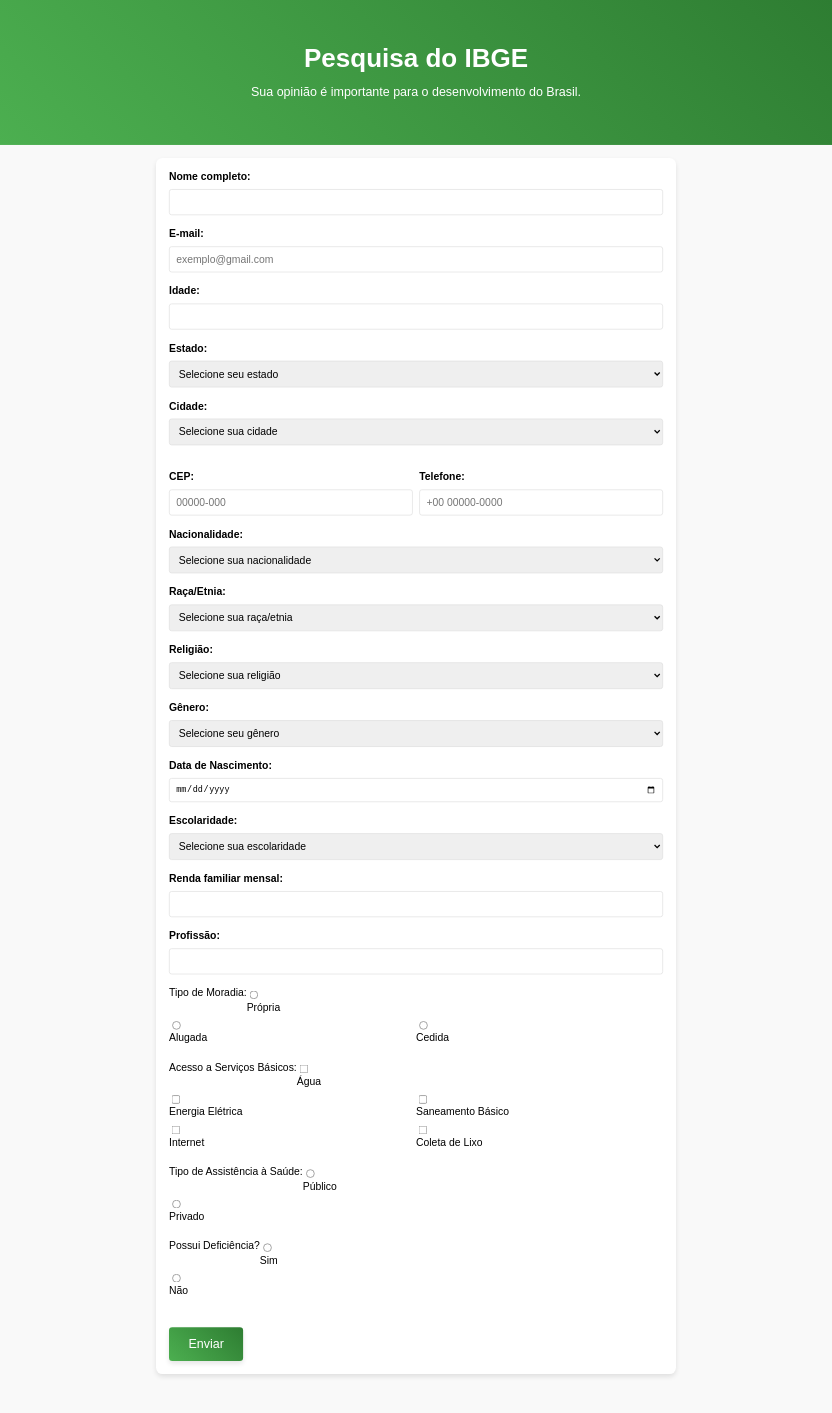
Repository: Gabrielb0rn/Projeto-Formul-rio.io
Page: index.html
The author's editor kept a copy of each file at every save. The page is drawn from the files as they stood at one save, then again after the next save.
The browser window is 1280 px wide. The pictures show the whole page, at 65% of full size.

Above is the page before, as saved 2024-07-01 08:51:44.

After the next save:
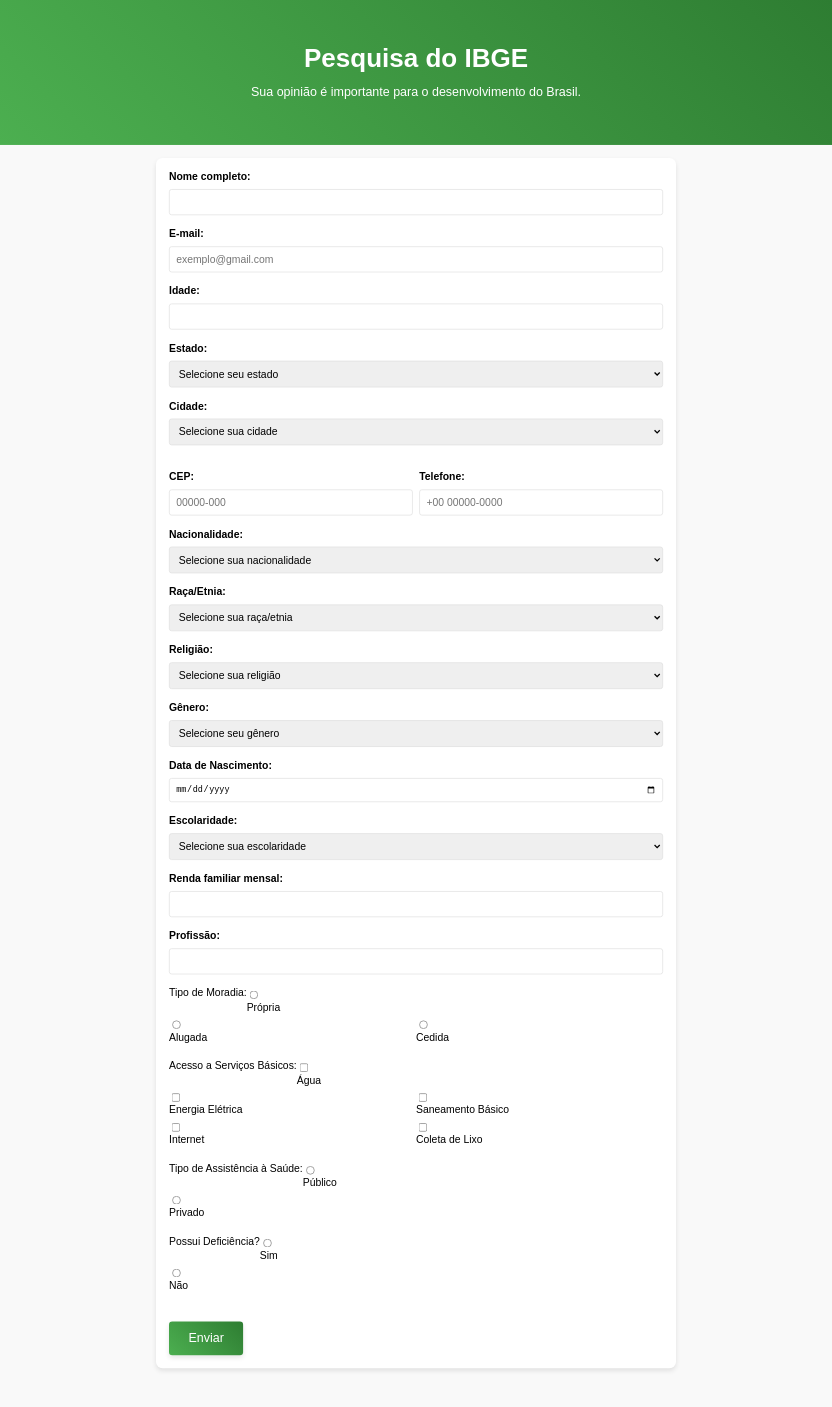
Saved 5 s later.
--- a/assets/style.css
+++ b/assets/style.css
@@ -133,7 +133,7 @@
 .form-group.checkbox-group > div, .form-group.radio-group > div {
     flex: 2;
     min-width: 45%;
-    margin-bottom: 2px;
+    margin-bottom: 1px;
 }
 
 .form-group.checkbox-group label, .form-group.radio-group label {
